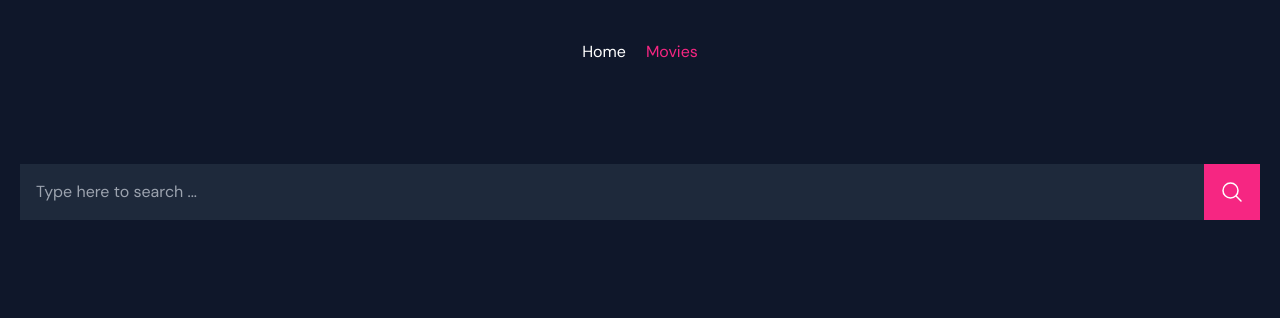
Repository: thanhdinh01/simple-movie
Page: /movies
An editor plug-in stored every save of this project. The page is shown before and after the next save, followed by the edit.
The browser window is 1280 px wide. The pictures show the whole page.
The page's requests for data from a server got no answer. The project was rebuilt for these pictures with package versions that can differ from the ones it lists, and the page was loaded fresh each time. No one was signed in, and anything a server would have sent is missing. Also part of the build but not shown: src/components/banner/Banner.js, src/components/movie/MovieCard.js, src/components/movie/MovieList.js, src/pages/HomePage.js, src/pages/MovieDetailPage.js.

Above is the page before, as saved 2023-03-01 11:09:24.

### public/index.html
<!DOCTYPE html>
<html lang="en">
  <head>
    <meta charset="utf-8" />
    <link rel="icon" href="%PUBLIC_URL%/favicon.ico" />
    <meta name="viewport" content="width=device-width, initial-scale=1" />
    <meta name="theme-color" content="#000000" />
    <meta
      name="description"
      content="Web site created using create-react-app"
    />
    <link rel="apple-touch-icon" href="%PUBLIC_URL%/logo192.png" />
    <!--
      manifest.json provides metadata used when your web app is installed on a
      user's mobile device or desktop. See https://developers.google.com/web/fundamentals/web-app-manifest/
    -->
    <link rel="manifest" href="%PUBLIC_URL%/manifest.json" />
    <link rel="preconnect" href="https://fonts.googleapis.com" />
    <link rel="preconnect" href="https://fonts.gstatic.com" crossorigin />
    <link
      href="https://fonts.googleapis.com/css2?family=DM+Sans:wght@400;500;700&display=swap"
      rel="stylesheet"
    />
    <!--
      Notice the use of %PUBLIC_URL% in the tags above.
      It will be replaced with the URL of the `public` folder during the build.
      Only files inside the `public` folder can be referenced from the HTML.

      Unlike "/favicon.ico" or "favicon.ico", "%PUBLIC_URL%/favicon.ico" will
      work correctly both with client-side routing and a non-root public URL.
      Learn how to configure a non-root public URL by running `npm run build`.
    -->
    <title>React App</title>
  </head>
  <body>
    <noscript>You need to enable JavaScript to run this app.</noscript>
    <div id="root"></div>
    <!--
      This HTML file is a template.
      If you open it directly in the browser, you will see an empty page.

      You can add webfonts, meta tags, or analytics to this file.
      The build step will place the bundled scripts into the <body> tag.

      To begin the development, run `npm start` or `yarn start`.
      To create a production bundle, use `npm run build` or `yarn build`.
    -->
  </body>
</html>

### src/index.scss
@tailwind base;
@tailwind components;
@tailwind utilities;

@layer base {
  body {
    @apply bg-slate-900 font-thanh px-5 text-white;
  }
}

@layer components {
  .page-container {
    max-width: 1280px;
    @apply mx-auto;
  }

  .movie-list .swiper-slide {
    width: 300px;
    height: auto;
  }

  .banner .swiper {
    height: 100%;
  }
}

### src/App.js
import { Fragment, React } from "react";
import "swiper/scss";
import Banner from "./components/banner/Banner";
import { Route, Routes } from "react-router-dom";
import Main from "./components/layout/Main";
import HomePage from "./pages/HomePage";
import MoviePage from "./pages/MoviePage";
import MovieDetailPage from "./pages/MovieDetailPage";

function App() {
  return (
    <Fragment>
      <Routes>
        <Route element={<Main></Main>}>
          <Route
            path="/"
            element={
              <>
                <Banner></Banner>
                <HomePage></HomePage>
              </>
            }
          ></Route>
          <Route path="/movies" element={<MoviePage></MoviePage>}></Route>
          <Route
            path="/movie/:movieId"
            element={<MovieDetailPage></MovieDetailPage>}
          ></Route>
        </Route>
      </Routes>
    </Fragment>
  );
}

export default App;

### src/components/layout/Main.js
import React, { Fragment } from "react";
import { Outlet } from "react-router";
import Header from "./Header";

const Main = () => {
  return (
    <Fragment>
      <Header></Header>
      <Outlet></Outlet>
    </Fragment>
  );
};

export default Main;

### src/pages/MoviePage.js
import React, { useEffect, useState } from "react";
import { fetcher } from "../config";
import useSWR from "swr";
import MovieCard from "../components/movie/MovieCard";
import useDebounce from "../hooks/useDebounce";

const MoviePage = () => {
  // const [movies, setMovies] = useState([]);
  const [filter, setFilter] = useState("");
  const [url, setUrl] = useState(
    "https://api.themoviedb.org/3/movie/popular?api_key=3ebac7519711ebbec5fcfb8abd2d5d99"
  );
  let debounceValue = useDebounce(filter, 500);

  const { data, error } = useSWR(url, fetcher);

  useEffect(() => {
    if (debounceValue) {
      setUrl(
        `https://api.themoviedb.org/3/search/movie?api_key=3ebac7519711ebbec5fcfb8abd2d5d99&query=${debounceValue}`
      );
    } else {
      setUrl(
        "https://api.themoviedb.org/3/movie/popular?api_key=3ebac7519711ebbec5fcfb8abd2d5d99"
      );
    }
  }, [debounceValue]);

  // useEffect(() => {
  //   if (data) setMovies(data?.results);
  // }, [data]);

  const handleChangeSearch = (e) => {
    console.log("value:", e.target.value);
    setFilter(e.target.value);
    console.log("debounceValue:", debounceValue);
  };

  const loading = !data && !error;

  const movies = data?.results || [];

  return (
    <div className="page-container py-10">
      <div className="flex mb-10">
        <div className="flex-1">
          <input
            type="text"
            placeholder="Type here to search ..."
            className="w-full outline-none bg-slate-800 p-4 text-white"
            onChange={handleChangeSearch}
          />
        </div>
        <button className="p-4 bg-primary text-white">
          <svg
            xmlns="http://www.w3.org/2000/svg"
            fill="none"
            viewBox="0 0 24 24"
            strokeWidth="1.5"
            stroke="currentColor"
            className="w-6 h-6"
          >
            <path
              strokeLinecap="round"
              strokeLinejoin="round"
              d="M21 21l-5.197-5.197m0 0A7.5 7.5 0 105.196 5.196a7.5 7.5 0 0010.607 10.607z"
            />
          </svg>
        </button>
      </div>
      {loading && (
        <div className="flex justify-center items-center h-5 w-5 rounded-full border-8 border-primary border-t-transparent animate-spin"></div>
      )}
      <div className="grid grid-cols-4 gap-10 text-white">
        {movies?.length > 0 &&
          movies.map((item) => (
            <MovieCard key={item.id} item={item}></MovieCard>
          ))}
      </div>
    </div>
  );
};

export default MoviePage;

### src/config.js
export const fetcher = (...args) => fetch(...args).then((res) => res.json());

export const apiKey = "3ebac7519711ebbec5fcfb8abd2d5d99";

### src/components/layout/Header.js
import React from "react";
import { NavLink } from "react-router-dom";

const Header = () => {
  return (
    <header className="header flex items-center justify-center gap-x-5 py-10 mb-5 text-white">
      <NavLink
        to="/"
        className={({ isActive }) => (isActive ? "text-primary" : "text-white")}
      >
        Home
      </NavLink>
      <NavLink
        to="/movies"
        className={({ isActive }) => (isActive ? "text-primary" : "text-white")}
      >
        Movies
      </NavLink>
    </header>
  );
};

export default Header;

### src/hooks/useDebounce.js
import { useEffect, useState } from "react";

export default function useDebounce(value = "", delay = 1000) {
  const [debouncedValue, setDebouncedValue] = useState(value);

  useEffect(() => {
    const timer = setTimeout(() => setDebouncedValue(value), delay || 500);

    return () => {
      clearTimeout(timer);
    };
  }, [value, delay]);

  return debouncedValue;
}

### tailwind.config.js
/** @type {import('tailwindcss').Config} */
module.exports = {
  content: ["./src/**/*.{js,jsx,ts,tsx}"],
  theme: {
    extend: {
      fontFamily: {
        thanh: ["DM sans", "sans-serif"],
      },
      colors: {
        primary: "#F62682",
        second: "#5f27cd",
      },
    },
  },
  plugins: [],
};

Loaded but not shown: src/index.js (common file); src/reportWebVitals.js (common file)

After the next save:
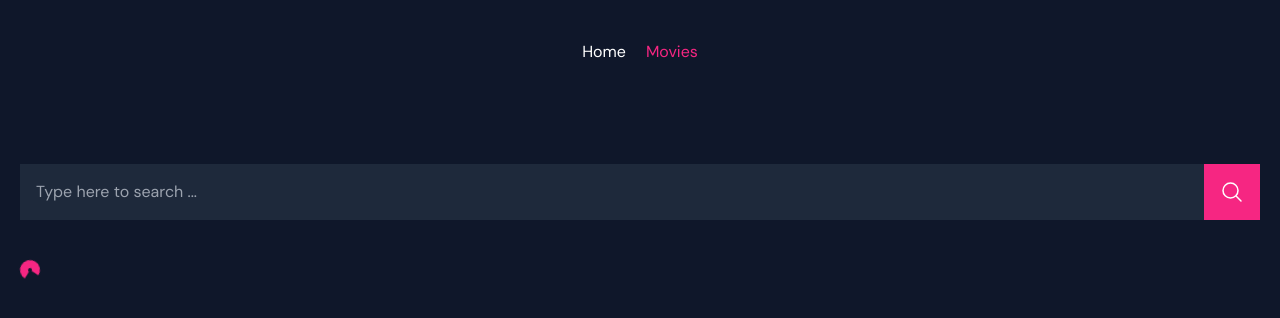
Saved 4 s later.
--- a/src/pages/MoviePage.js
+++ b/src/pages/MoviePage.js
@@ -68,7 +68,7 @@ const MoviePage = () => {
           </svg>
         </button>
       </div>
-      {loading && (
+      {!loading && (
         <div className="flex justify-center items-center h-5 w-5 rounded-full border-8 border-primary border-t-transparent animate-spin"></div>
       )}
       <div className="grid grid-cols-4 gap-10 text-white">
